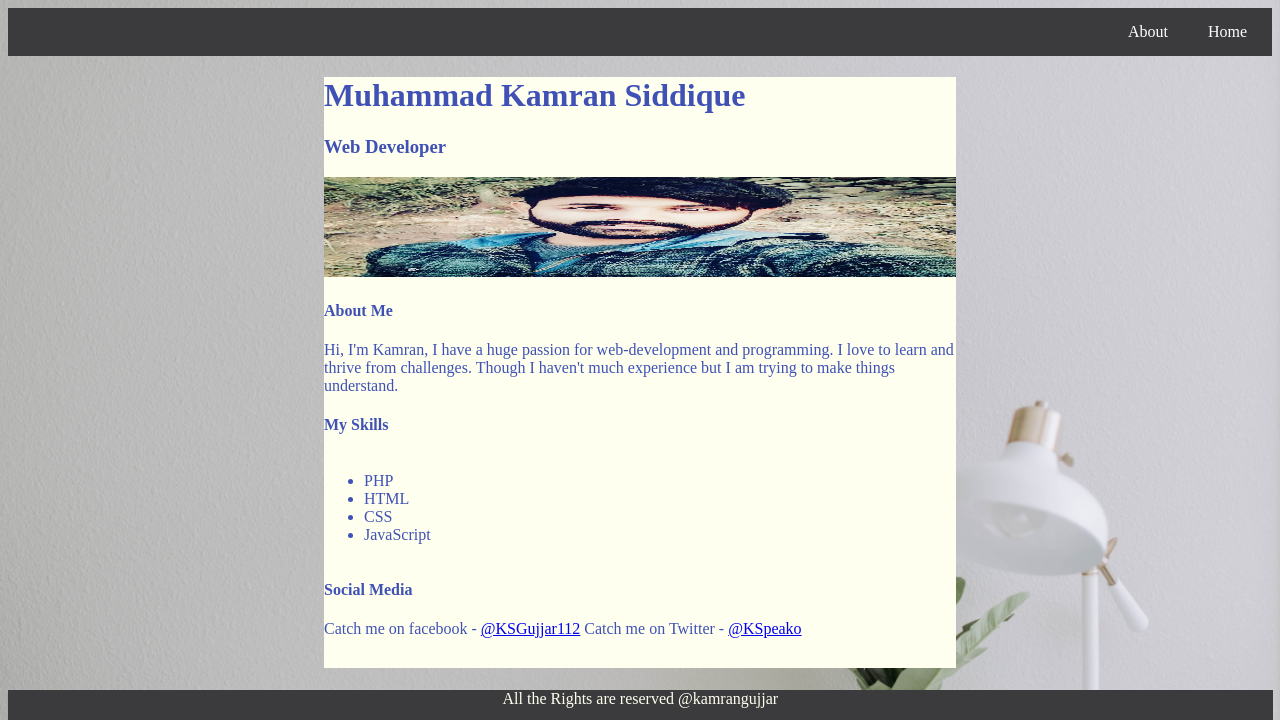
Repository: Kamrangujjar85112/Length-Converter
Page: html/about.html
These files come from the project's save history. The page is drawn as it stood at one moment and after the next save; the edit follows.
The browser window is 1280 px wide. The pictures show the whole page.
Backgrounds fixed to the window are drawn as part of the page.

Above is the page before, as saved 2022-01-21 11:32:42.
Console error: TypeError: Cannot read properties of null (reading 'addEventListener')

### html/about.html
<!-- about -->
<!DOCTYPE html>
<html lang="en">
<head>
    <meta charset="UTF-8">
    <meta http-equiv="X-UA-Compatible" content="IE=edge">
    <meta name="viewport" content="width=device-width, initial-scale=1.0">
    <title>About</title>
    <link rel="stylesheet" href="../css/style.css">
</head>
<body>
    <div class="container ">
        <div class="header">
            <nav>
                <ul class="nav-ul">
                    <li class="nav-li"><a href="home.html">Home</a></li>
                    <li class="nav-li"><a href="about.html">About</a></li>
                </ul>
            </nav>
        </div>
        <div class="aboutclass">
            <h1>Muhammad Kamran Siddique</h1>
            <h3>Web Developer</h3>
            <a href="" ><img src="../css/dp.jpg" alt="profile-picture"  /></a>
            <h4>About Me</h4>
            <p>Hi, I'm Kamran, I have a huge passion for web-development and programming. I love to learn and thrive from challenges. Though I haven't much experience but I am trying to make things understand.</p>
            <h4>My Skills</h4>
            <div class="listFlex">
               <div>
                  <ul>
                     <li>PHP</li>
                     <li>HTML</li>
                     <li>CSS</li>
                     <li>JavaScript</li>
                  </ul>
               </div>
            </div>
            <h4>Social Media</h4>
            Catch me on facebook - <a href="https://twitter.com/KS Gujjar">@KSGujjar112</a>
            Catch me on Twitter - <a href="https://twitter.com/Kamran Gujjar">@KSpeako</a>
         </div>
            <footer class="footer">
                <span>All the Rights are reserved @kamrangujjar</span>
              </footer>
    </div>
    <script src="../js/converter.js"></script>
</body>
</html>

### css/style.css
  body{
    background-image: url('backg.jpg');
    background-repeat: no-repeat;
    background-attachment: fixed;
    background-size: cover;
  color: #3F51B5;

}
.aboutclass {
    background-color: ivory;
    list-style: none;
    margin: auto;
    width: 50%;
    padding-bottom: 30px;
    margin-bottom: 20px;
}
.listFlex {
    display: flex;
    align-items: center;
    list-style: none;
}

img {
  width: 100%;
  height: 100px;
}
.header{
    top: 0;
    width: 100%;
    margin: 0;
    position: relative;

}
.nav-ul{
    list-style-type: none;
    margin: 0;
    overflow: hidden;
    background: rgb(59, 59, 61);
  }

.nav-li {
    padding-right: 10px;
    float: right;
    align-items: inherit;
}

.nav-li a {
    display: block;
    color: rgb(255, 255, 255);
    text-align:center;
    padding: 15px 15px;
    text-decoration: none;
}
.link {
    list-style: none;
    text-align: left;
    align-items: left;
    margin: 10px;
    width: 300px;
}
.nav-li a:hover {
    background-color: #0ac577;
}
footer{
    bottom: 0;
    width: 98.8%;
    position: fixed;
    color: ivory;
    height: 30px;
    text-align: center;
    background: rgb(59, 59, 61);
}
button{
    width: 100%;
    height:40px;
    color: ivory;
    background-color: #141312;
    margin:13px;
    box-shadow: 0 12px 16px 0 rgba(0,0,0,0.24), 0 17px 50px 0 rgba(0,0,0,0.19);
}
#convert{
    width: 100px;
    height:40px;
    color: ivory;
    background-color: #141312;
    margin:13px;
    box-shadow: 0 12px 16px 0 rgba(0,0,0,0.24), 0 17px 50px 0 rgba(0,0,0,0.19);
}
#reset{
    width: 100px;
    height:40px;
    color: ivory;
    background-color: #141312;
    margin:13px;
    box-shadow: 0 12px 16px 0 rgba(0,0,0,0.24), 0 17px 50px 0 rgba(0,0,0,0.19);
}
.box{
    margin: 50px;
    align-content: left;
    border-color:navy;
}

### js/converter.js
const inputCmToMm = document.getElementById('centimetersToMilimeters');
const inputMiToKm = document.getElementById('milesToKilometers');
const inputMToCm = document.getElementById('metersToCentimeters');
const inputCmToKm = document.getElementById('centimetersToKilometers');
const inputKmToM = document.getElementById('kilometersToMeters');
const inputMiToM = document.getElementById('milesToMeters');
const inputFValue = document.getElementById('firstValue');
const inputSValue = document.getElementById('secondValue');
const p = document.getElementById('percent');
const convert = document.getElementById('convert');
const reset = document.getElementById('reset');



// // Converter
// centimeters To Milimeters
convert.addEventListener('click', function converter(){
    const Mm = inputCmToMm.value * 10;
    document.getElementById('cmToMm').innerHTML = inputCmToMm.value +' Centimeters are equal to ' +Mm + ' Milimeters';
})
// Miles to kilometers
convert.addEventListener('click', function converter(){
    const Km1 = inputMiToKm.value * 1.609;
    document.getElementById('miToKm').innerHTML = inputMiToKm.value +' Miles are equal to ' +Km1 + ' Kilometers';
});
// Meters to Centimeters
convert.addEventListener('click', function converter(){
    const Cm1 = inputMToCm.value * 100;
    document.getElementById('mToCm').innerHTML = inputMToCm.value +' Meters are equal to ' +Cm1 + ' Centimeters';
});
// centimeters To kilometers
convert.addEventListener('click', function converter(){
    const Km2 = inputCmToKm.value / 100000;
    document.getElementById('cmToKm').innerHTML = inputCmToKm.value +' Centimeters are equal to ' +Km2 + ' Kilometers';
});
// kilometers To meters
convert.addEventListener('click', function converter(){
    const M1 = inputKmToM.value * 1000;
    document.getElementById('kmToM').innerHTML = inputKmToM.value +' Kilometers are equal to ' +M1 + ' Meters';
});
// Miles To meters
convert.addEventListener('click', function converter(){
    const M2 = inputMiToM.value * 1609;
    document.getElementById('miToM').innerHTML = inputMiToM.value +' Miles are equal to ' +M2 + ' Meters';
});
// percentage
convert.addEventListener('click', function converter(){
    const fValue = inputFValue.value;
    const sValue = 100 / inputSValue.value;
    const p = fValue * sValue;
    document.getElementById('percent').innerHTML = 'The Percentage of ' + fValue +' is ' + p ;
});

// // reset
// centimeters To Milimeters
reset.addEventListener('click', function reset(){
    document.getElementById('centimetersToMilimeters').value= "";
    document.getElementById('cmToMm').innerHTML = "";
});
// Miles to kilometers
reset.addEventListener('click', function reset(){
    document.getElementById('milesToKilometers').value = "";
    document.getElementById('miToKm').innerHTML = "";
});
// Meters to Centimeters
reset.addEventListener('click', function reset(){
    document.getElementById('metersToCentimeters').value = "";
    document.getElementById('mToCm').innerHTML = "";
});
// centimeters To kilometers
reset.addEventListener('click', function reset(){
    document.getElementById('centimetersToKilometers').value = "";
    document.getElementById('cmToKm').innerHTML = "";
});
// kilometers To meters
reset.addEventListener('click', function reset(){
    document.getElementById('kilometersToMeters').value = "";
    document.getElementById('kmToM').innerHTML = "";
});
// Miles To meters
reset.addEventListener('click', function reset(){
    document.getElementById('milesToMeters').value = "";
    document.getElementById('miToM').innerHTML = "";
});
// percentage
reset.addEventListener('click', function reset(){
    document.getElementById('firstValue').value = "";
    document.getElementById('secondValue').value = "";
    document.getElementById('percent').innerHTML = "";
});

After the next save:
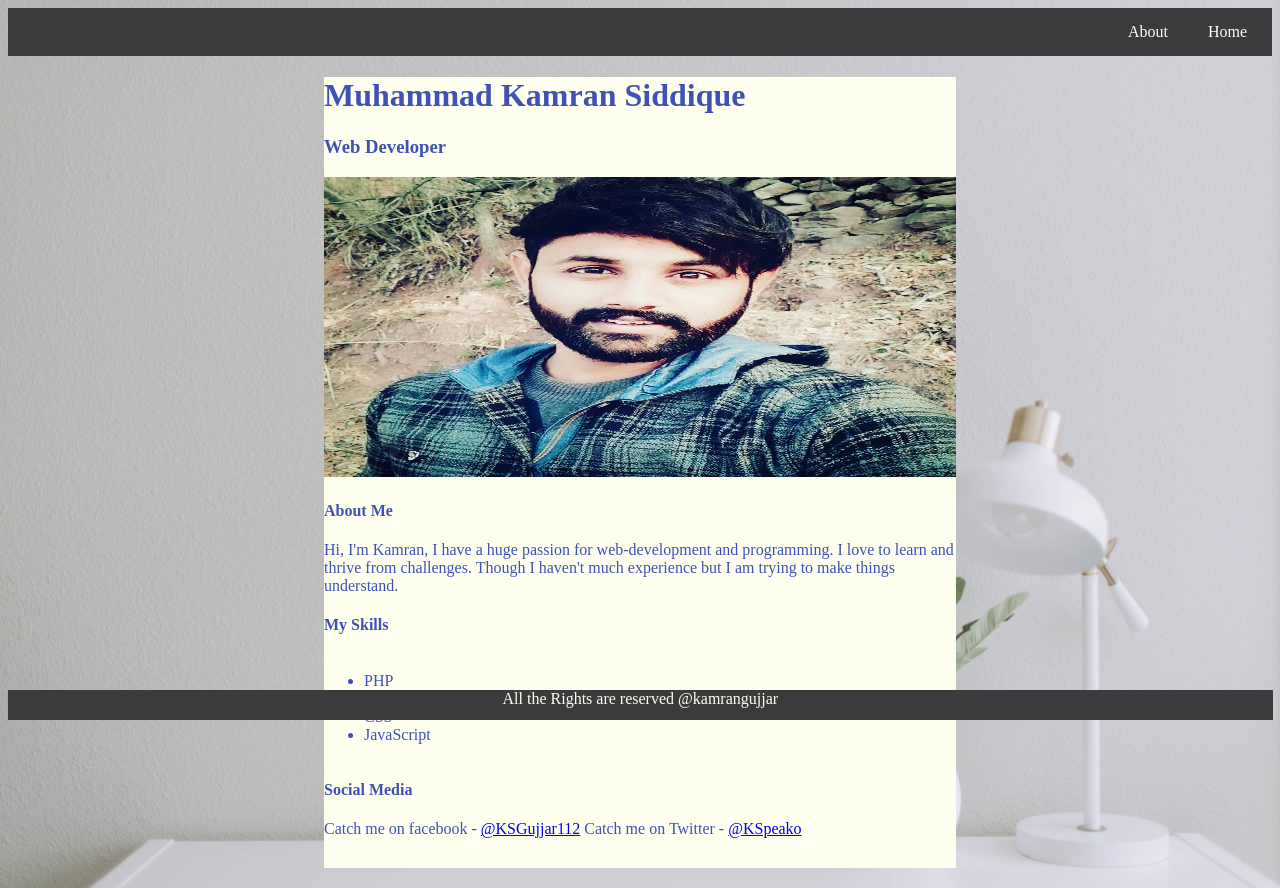
Saved 13 s later.
--- a/css/style.css
+++ b/css/style.css
@@ -22,7 +22,7 @@
 
 img {
   width: 100%;
-  height: 100px;
+  height: 300px;
 }
 .header{
     top: 0;
